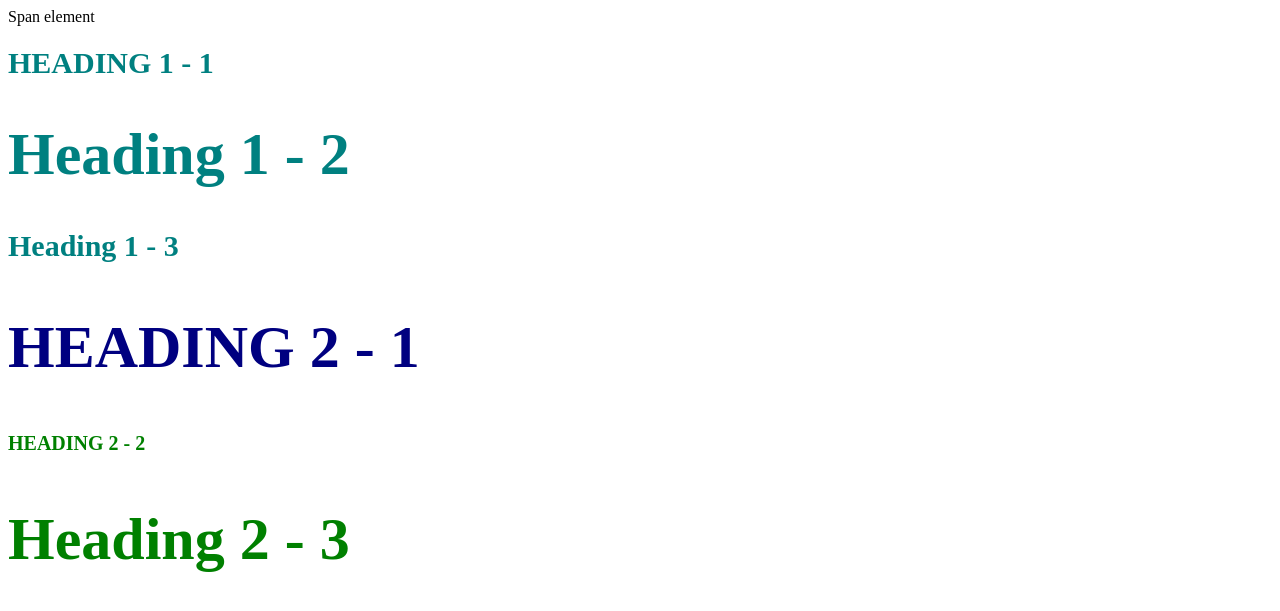
Repository: alcarrizo/Cartoon-Hero
Page: style-test.html
The author's editor kept a copy of each file at every save. The page is drawn from the files as they stood at one save, then again after the next save.
The browser window is 1280 px wide. The pictures show the whole page.

Above is the page before, as saved 2022-10-03 14:22:25.

After the next save:
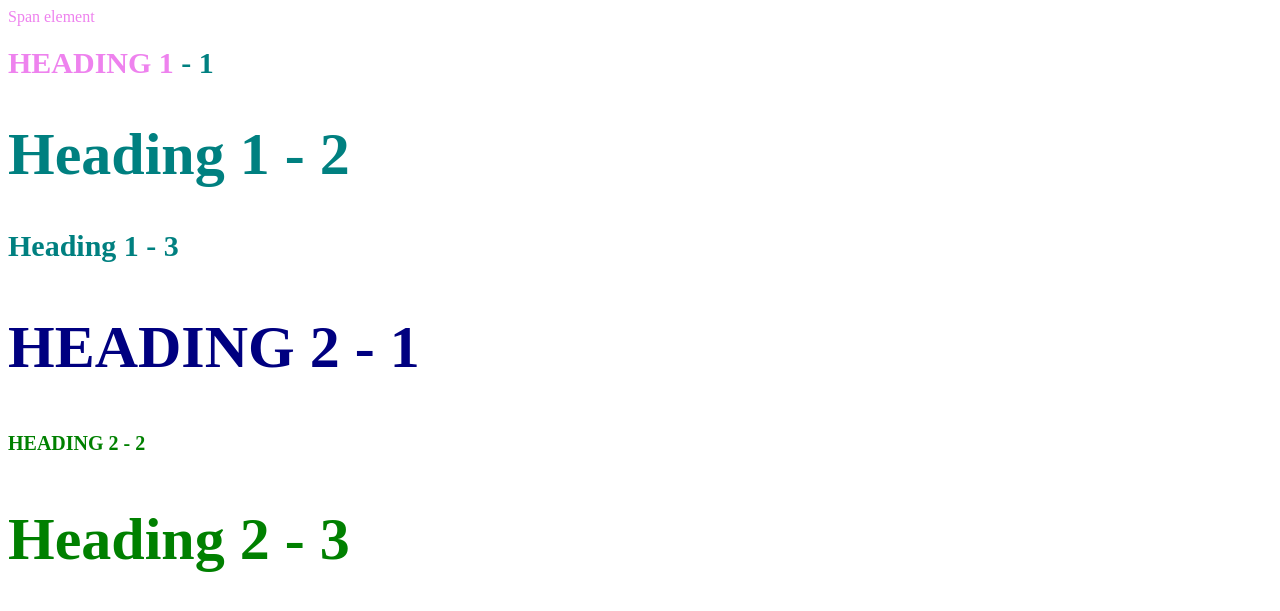
Saved 25 s later.
--- a/style-test.html
+++ b/style-test.html
@@ -27,6 +27,9 @@
         .big.uppercase{
             color:navy;
         }
+        span{
+            color: violet;
+        }
     </style>
 </head>
 <body>
